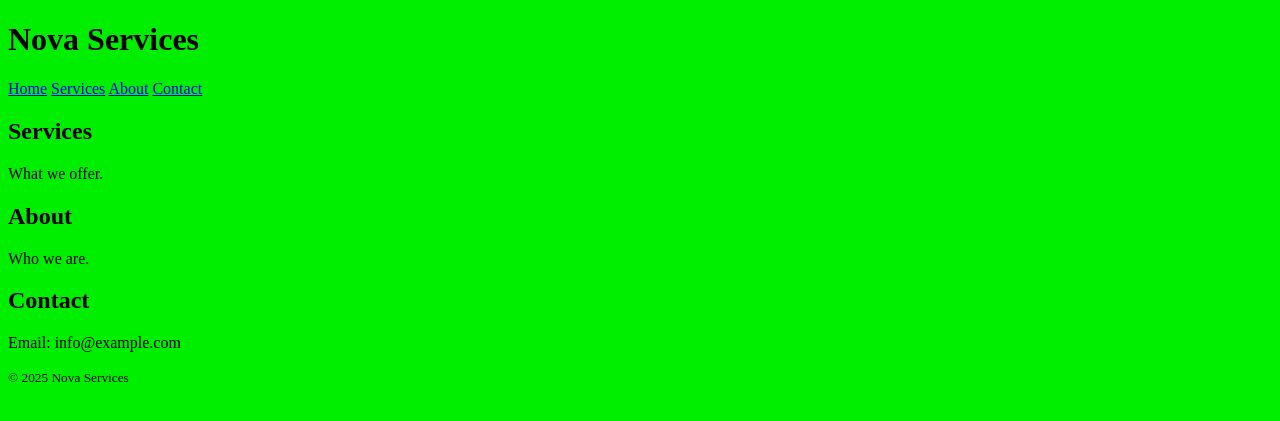
Repository: bbazimya/Nova-services
Page: index.html
The author's editor kept a copy of each file at every save. The page is drawn from the files as they stood at one save, then again after the next save.
The browser window is 1280 px wide. The pictures show the whole page.

Above is the page before, as saved 2025-09-10 12:30:30.

### index.html
<!doctype html>
<html lang="en">
<head>
  <meta charset="utf-8">
  <meta name="viewport" content="width=device-width, initial-scale=1">
  <title><h1><centre>Nova Services<centre></h1></title>
</head>
<body bgcolor="ligreen">
  <header>
    <h1>Nova Services</h1>
    <nav>
      <a href="#home">Home</a>
      <a href="#services">Services</a>
      <a href="#about">About</a>
      <a href="#contact">Contact</a>
    </nav>
  </header>
  <main id="home">
    <section id="services"><h2>Services</h2><p>What we offer.</p></section>
    <section id="about"><h2>About</h2><p>Who we are.</p></section>
    <section id="contact"><h2>Contact</h2><p>Email: info@example.com</p></section>
  </main>
  <footer>
    <small>&copy; <time>2025</time> Nova Services</small>
  </footer>
</body>
</html>

After the next save:
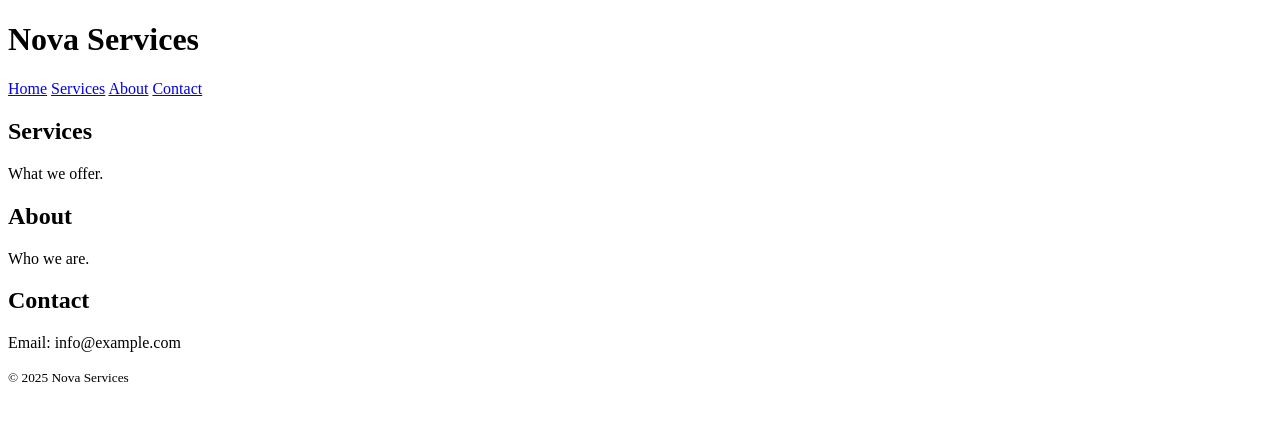
Saved 7 s later.
--- a/index.html
+++ b/index.html
@@ -5,7 +5,7 @@
   <meta name="viewport" content="width=device-width, initial-scale=1">
   <title><h1><centre>Nova Services<centre></h1></title>
 </head>
-<body bgcolor="ligreen">
+<body>
   <header>
     <h1>Nova Services</h1>
     <nav>
